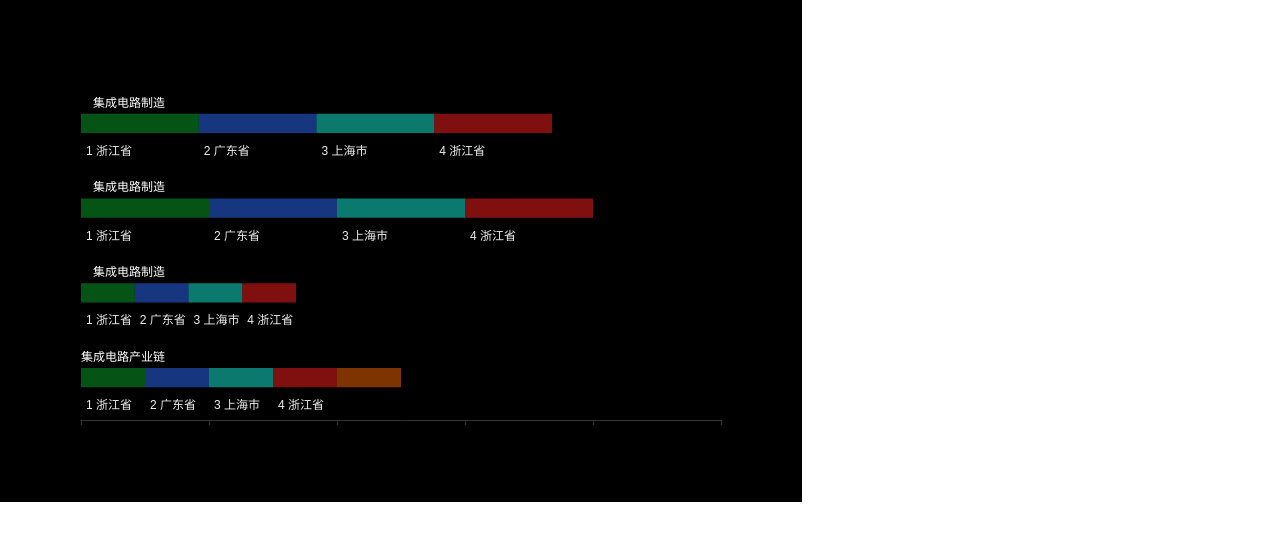
Repository: 572031690/echartproj
Page: /#/test
An editor plug-in stored every save of this project. The page is shown before and after the next save, followed by the edit.
The browser window is 1280 px wide. The pictures show the whole page.
The project was rebuilt for these pictures with package versions that can differ from the ones it lists, and the page was loaded fresh each time. Also part of the build but not shown: vue.config.js, src/components/Seller.vue, src/views/SellerPage.vue, src/utils/theme_utils.js, src/components/Trend.vue, src/views/TrendPage.vue, src/utils/map_utils.js, src/components/Map.vue and 9 more.

Above is the page before, as saved 2021-08-03 11:29:42.

After the next save:
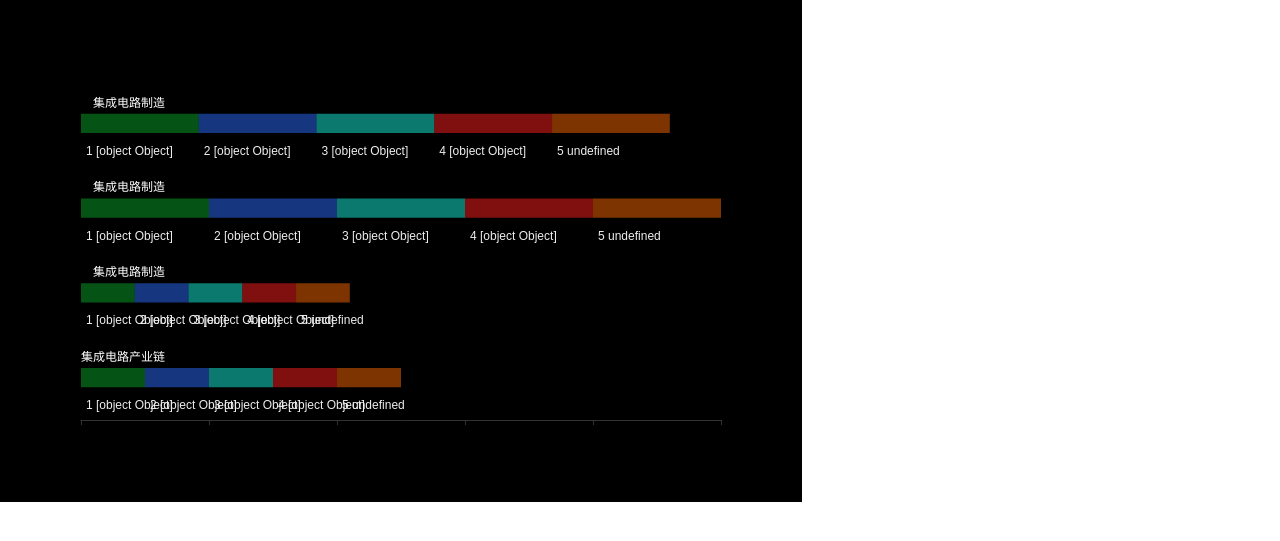
Saved 14 s later.
--- a/src/components/Test.vue
+++ b/src/components/Test.vue
@@ -107,7 +107,7 @@
               fontSize: 12
             },
             formatter: arg => {
-              return arg.seriesIndex + 1 + ' ' + item.data[index].name
+              return arg.seriesIndex + 1 + ' ' + item.data[index]
             }
           }
         }

After the 2 saves that followed:
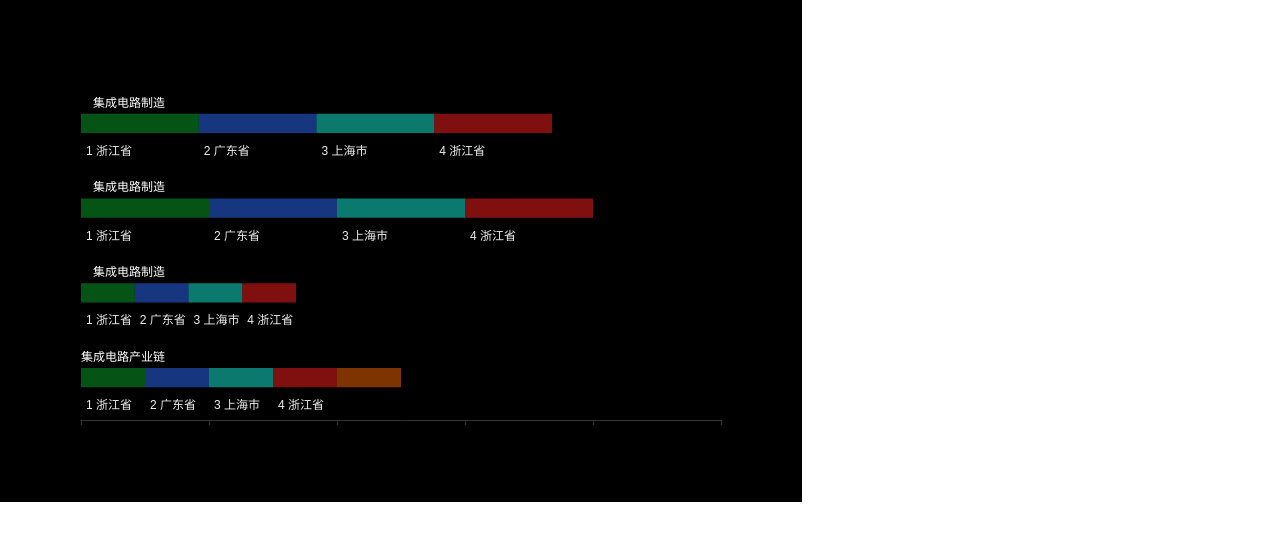
The 2 saves are shown as one change because 1 left the picture as it was.
The last was saved 32 s later.
--- a/src/components/Test.vue
+++ b/src/components/Test.vue
@@ -88,6 +88,7 @@
         }
       ]
       var serises = ChartsData.map((item, index) => {
+        console.log(item.data[index])
         return {
           // name: item.name,
           stack: '类1',
@@ -107,7 +108,7 @@
               fontSize: 12
             },
             formatter: arg => {
-              return arg.seriesIndex + 1 + ' ' + item.data[index]
+              return arg.seriesIndex + 1 + ' ' + item.data[index].name
             }
           }
         }
